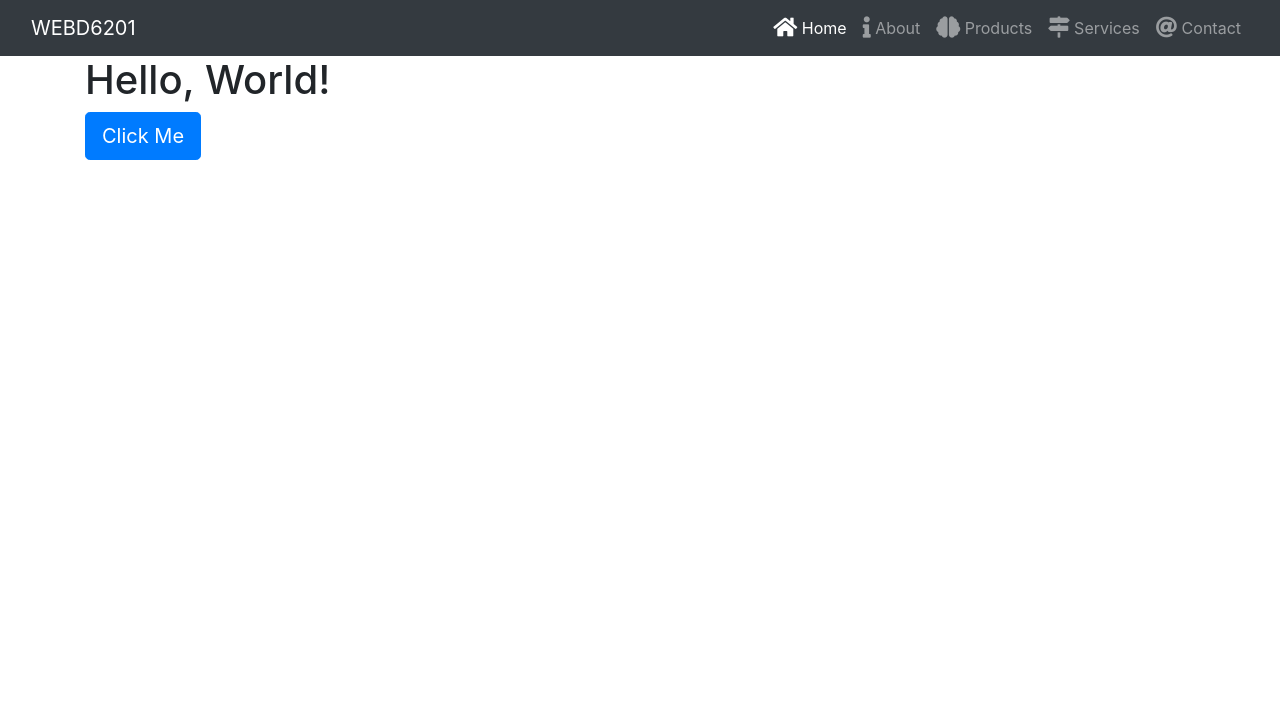
Repository: YiuWingLau/WEBD6201-W2021-Week1c
Page: index.html
The author's editor kept a copy of each file at every save. The page is drawn from the files as they stood at one save, then again after the next save.
The browser window is 1280 px wide. The pictures show the whole page.

Above is the page before, as saved 2021-01-19 00:15:06.
Console error (its wording comes from the project's code and is left out).

### index.html
<!DOCTYPE html>
<html lang="en">
<head>
    <meta charset="UTF-8">
    <meta name="viewport" content="width=device-width, initial-scale=1.0">
    <title>Hello World!</title>
    <!-- CSS Section -->
    <link rel="stylesheet" href="./node_modules/bootstrap/dist/css/bootstrap.min.css">
    <link rel="stylesheet" href="./node_modules/@fortawesome/fontawesome-free/css/all.min.css">
    <link rel="stylesheet" href="./Content/app.css">
</head>
<body>
    <!-- Main Nav -->

        <header>
            <nav class="navbar navbar-expand-lg navbar-dark bg-dark">
                <div class="container-fluid">
                  <a class="navbar-brand" href="#">WEBD6201</a>
                  <button class="navbar-toggler" type="button" data-bs-toggle="collapse" data-bs-target="#navbarSupportedContent" aria-controls="navbarSupportedContent" aria-expanded="false" aria-label="Toggle navigation">
                    <span class="navbar-toggler-icon"></span>
                  </button>
                  <div class="collapse navbar-collapse" id="navbarSupportedContent">
                    <ul class="navbar-nav ml-auto mb-2 mb-lg-0">

                      <li class="nav-item">
                        <a class="nav-link active" aria-current="page" href="#">
                            <i class="fas fa-home fa-lg"></i> Home</a>
                      </li>

                      <li class="nav-item">
                        <a class="nav-link" aria-current="page" href="#">
                            <i class="fas fa-info fa-lg"></i> About</a>
                      </li>

                      <li class="nav-item">
                        <a class="nav-link" aria-current="page" href="#">
                            <i class="fas fa-brain fa-lg"></i> Products</a>
                      </li>

                      <li class="nav-item">
                        <a class="nav-link" aria-current="page" href="#">
                            <i class="fas fa-map-signs fa-lg"></i> Services</a>
                      </li>

                      <li class="nav-item">
                        <a class="nav-link" aria-current="page" href="#">
                            <i class="fas fa-at fa-lg"></i> Contact</a>
                      </li>

                    </ul>
                  </div>
                </div>
              </nav>
        </header>

        <main class="container">
            <h1>Hello, World!</h1>
            <button id="clickMeButton" class="btn btn-primary btn-lg">Click Me</button>
        </main>

    <!-- JavaScript Section -->
    <!--script src="./node_modules/jquery/dist/jquery.min.js"></script-->
    <script src="./node_modules/bootstrap/dist/js/bootstrap.bundle.min.js"></script>
    <script src="./Scripts/app.js"></script>
</body>
</html>

### Content/app.css
 /* custom CSS goes here */

### Scripts/app.js
// IIFE - Immediately Invoked Function Expression
// Anonymous Self-Executing Function

(function()
{

    function Start()
    {
        console.log("App Started...");
    }

    // add an eventlistener to the window object
    // when the browser window finishes loading
    // call the Start function
    window.addEventListener("load", Start);

})();

Loaded but not shown: node_modules/bootstrap/dist/css/bootstrap.min.css (library); node_modules/@fortawesome/fontawesome-free/css/all.min.css (library); node_modules/bootstrap/dist/js/bootstrap.bundle.min.js (library)

After the next save:
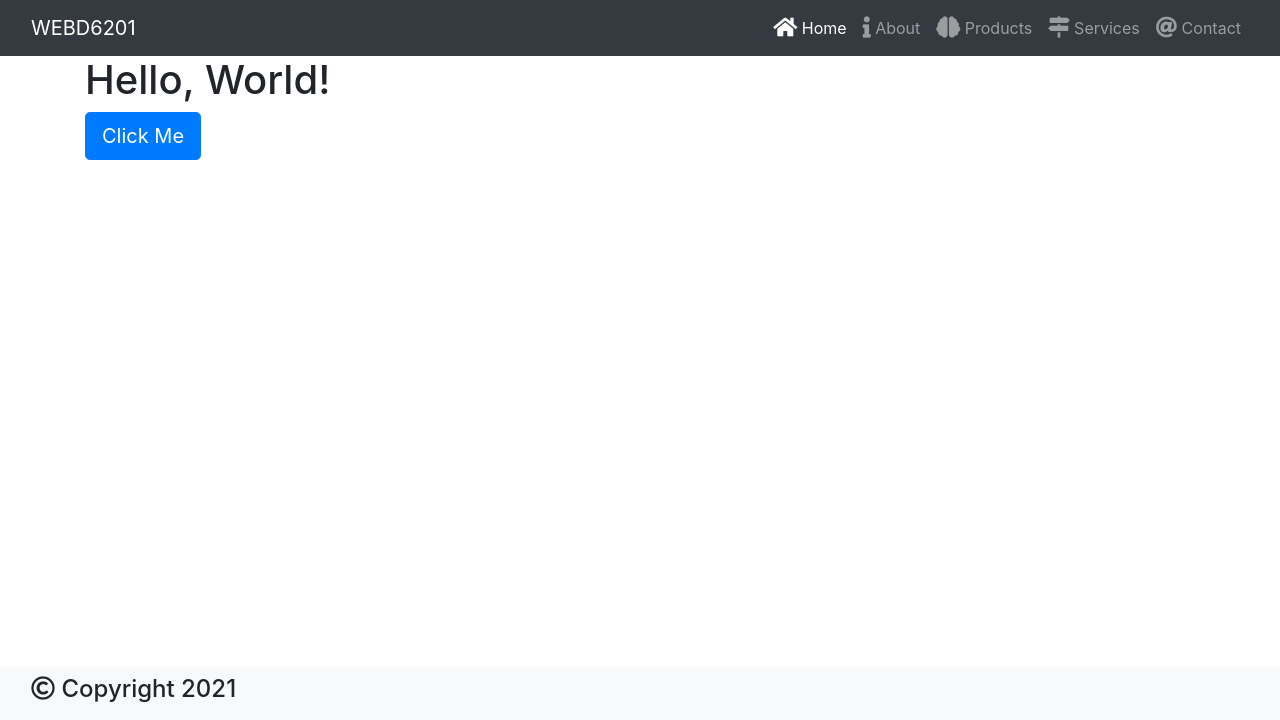
Saved 39 s later.
--- a/index.html
+++ b/index.html
@@ -58,6 +58,13 @@
             <button id="clickMeButton" class="btn btn-primary btn-lg">Click Me</button>
         </main>
 
+        <footer>
+            <nav class="navbar fixed-bottom navbar-light bg-light">
+                <div class="container-fluid">
+                  <h4><i class="far fa-copyright"></i> Copyright 2021</h4>
+                </div>
+            </nav>
+        </footer>
     <!-- JavaScript Section -->
     <!--script src="./node_modules/jquery/dist/jquery.min.js"></script-->
     <script src="./node_modules/bootstrap/dist/js/bootstrap.bundle.min.js"></script>
